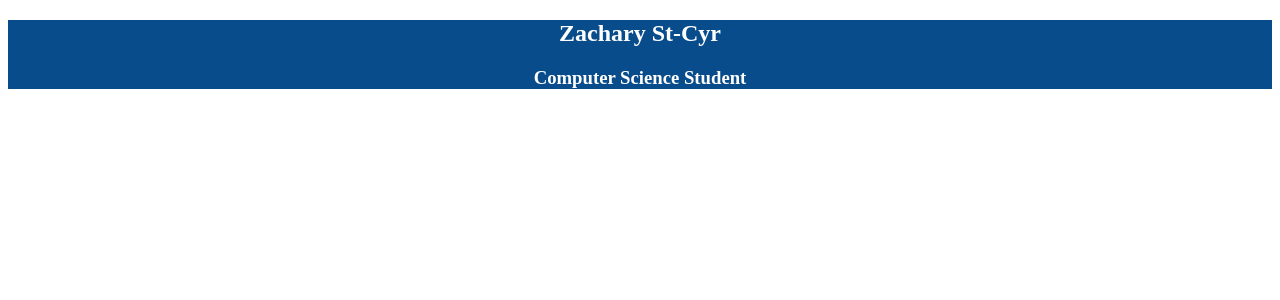
Repository: zackaroo20/Resume-CV
Page: CV.html
These files come from the project's save history. The page is drawn as it stood at one moment and after the next save; the edit follows.
The browser window is 1280 px wide. The pictures show the whole page.

Above is the page before, as saved 2026-03-02 15:02:05.

### CV.html
<!DOCTYPE html>
<html lang="en">
<head>
    <meta charset="UTF-8">
    <meta name="viewport" content="width=device-width, initial-scale=1.0">
    <title>Document</title>
    <link rel="stylesheet" href="CV.css">
</head>
<main>
<body>
    <header>
        <section>
            <h1>Zachary St-Cyr  </h1> <h3>Computer Science Student</h3>
        </section>





    </header>

</body>
</main>
</html>

### CV.css
header{
    background-color:#084c8b;
    text-align: center;
    color: white;


}

After the next save:
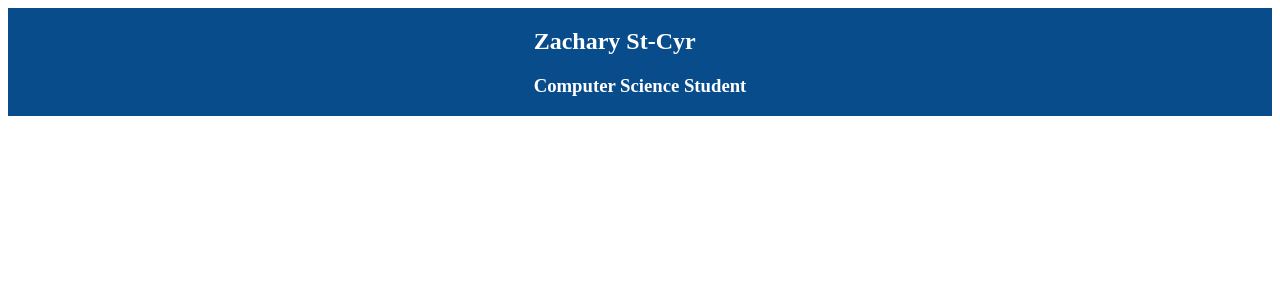
Saved 23 s later.
--- a/CV.css
+++ b/CV.css
@@ -1,7 +1,8 @@
 header{
     background-color:#084c8b;
-    text-align: center;
     color: white;
+    display: flex;
+    justify-content: space-evenly
 
 
 }
